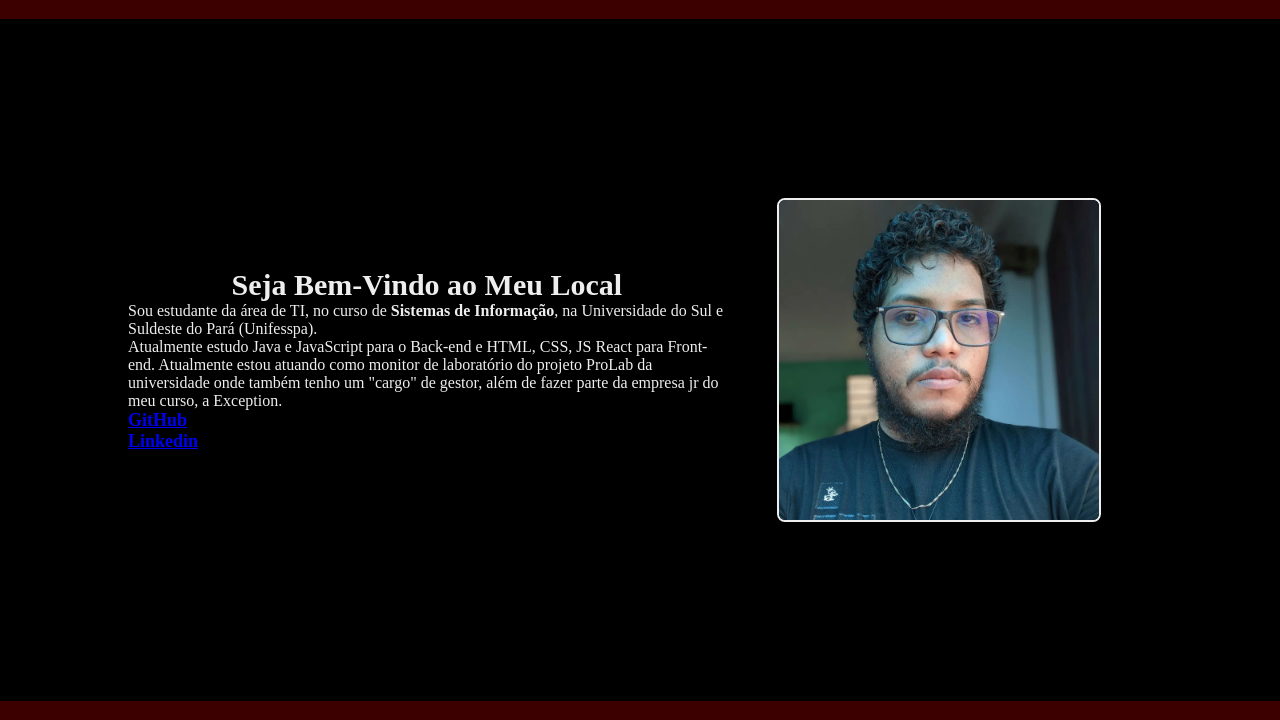
Repository: ramoncbarbosa/Web1_Atividade2
Page: index.html
These files come from the project's save history. The page is drawn as it stood at one moment and after the next save; the edit follows.
The browser window is 1280 px wide. The pictures show the whole page.

Above is the page before, as saved 2023-06-09 14:33:30.

### index.html
<!DOCTYPE html>
<html lang="pt-br">
<head>
    <meta charset="UTF-8">
    <meta http-equiv="X-UA-Compatible" content="IE=edge">
    <meta name="viewport" content="width=device-width, initial-scale=1.0">
    <link rel="stylesheet" href="./styles/styles.css">
    <title>Meu Portfolio</title>
</head>
<body>
    <header class="cabecalho">
        <a href=""></a>
        <a href=""></a>
        <a href=""></a>
    </header>
    <main class="conteudo_main">
        <section class="conteudo">
            <h1 class="conteudo_h1">Seja Bem-Vindo ao Meu Local</h1>
            <p class="conteudo_p"> Sou estudante da área de TI, no curso de <strong>Sistemas de Informação</strong>, na Universidade do Sul e Suldeste do Pará (Unifesspa).<br>Atualmente estudo Java e JavaScript para o Back-end e HTML, CSS, JS React para Front-end.
                Atualmente estou atuando como monitor de laboratório do projeto ProLab da universidade onde também tenho um "cargo" de gestor, além de fazer parte da empresa jr do meu curso, a Exception.</p>
                <div class="redes">
                    <a id="redes_github" href="https://github.com/    ramoncbarbosa" target="_blank">GitHub</a>
                    <a id="redes_linkedin" href="https://www.linkedin.com/in/ramon-barbosa-712273237/" target="bl
                        ">Linkedin</a>
                </div>
        </section>
        <img class="perfil" src="./img/perfil.jpg">
    </main>
    <footer class="rodape">

    </footer>
</body>
</html>

### styles/styles.css
*{
    padding: 0;
    margin: 0;
}

:root{
    --cor-um: #3d0000;
    --cor-dois: #EEEEEE;
    --cor-tres: #000000;
}

body {
    width: 100%;
    height: 100vh;
    box-sizing: border-box;
    margin: 0;
    padding: 0;
    display: flex;
    flex-direction: column;
    background-color: var(--cor-tres);
}

.cabecalho{
    width: 100%;
    height: 17%;
    background-color: var(--cor-um);
    text-align: center;
    display: flex;
    align-items: center;
}

.conteudo_main{
    margin: 10%;
    height: 80%;
    display: flex;
    align-items: center;
    justify-content: flex-start;

    /*
    justify-content: space-between;
    background-color: var(--cor-tres);
    border-radius: 15px;
    */
}


.conteudo{
    width: 100%;
    justify-content: flex-start;
    align-items: center;
    color: var(--cor-dois);
    box-sizing: content-box;

}

.conteudo_h1{
    font-size: 30px;
    color: var(--cor-dois);
    text-align: center;

}

.conteudo_p{
    font-size: 16px;
    align-items: center;
    text-align: start;

}

.redes{
    width: 10%;
    font-size: 18px;
    font-weight: 600;
    text-decoration: none;
}


.redes_github{
    border: 2px solid var(--cor-um);
    border-radius: 8px;
    padding: 12px;
    display: inline;
    margin-bottom: 30px;
    padding: 15px;
    flex: inline-flex;
    flex-shrink: 1;
}

.redes_linkedin {
    border: 2px solid var(--cor-tres);
    border-radius: 8px;
    padding: 12px;
    display: inline;
    margin-bottom: 30px;
    margin: 30px;
    flex: inline-flex;
    flex-shrink: 1;
}


.perfil{
    width: 20rem;
    height: 20rem;
    border: 2px solid var(--cor-dois);
    border-radius: 8px;
    margin: 5%;
    box-sizing: content-box;
}

.rodape{
    width: 100%;
    height: 17%;
    background-color: var(--cor-um);
}

After the next save:
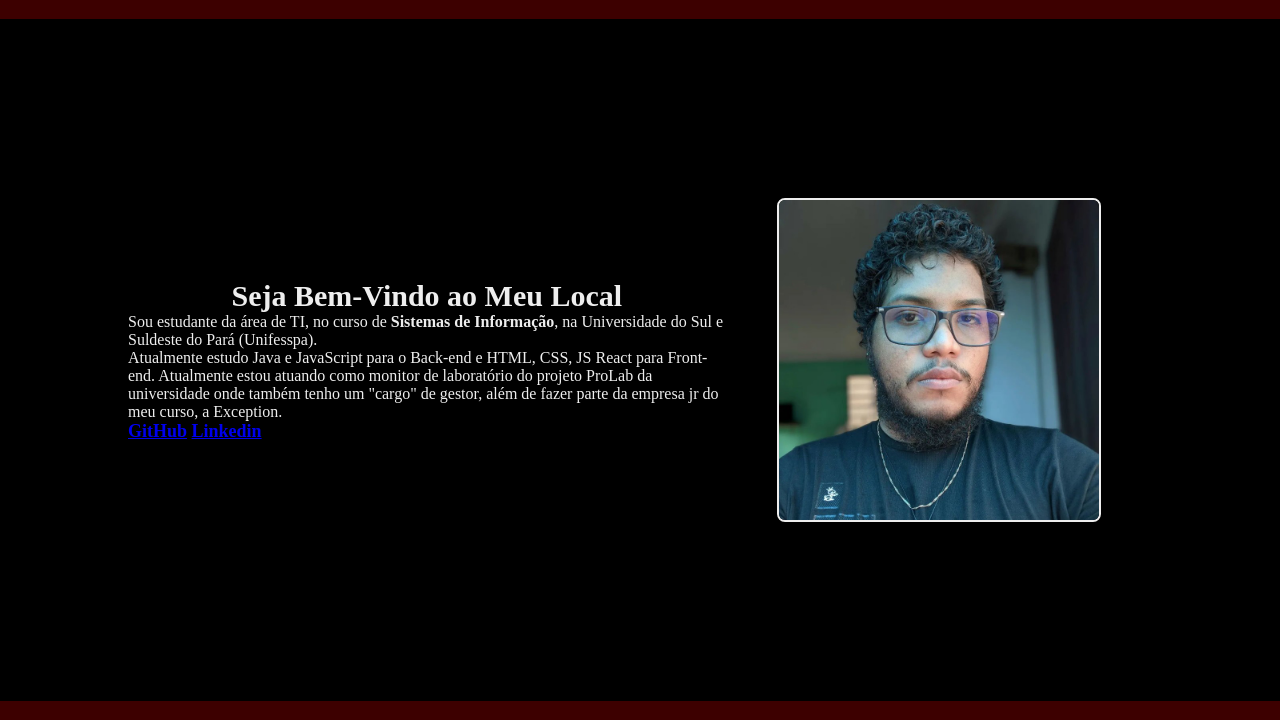
Saved 6 s later.
--- a/styles/styles.css
+++ b/styles/styles.css
@@ -68,7 +68,6 @@ body {
 }
 
 .redes{
-    width: 10%;
     font-size: 18px;
     font-weight: 600;
     text-decoration: none;
